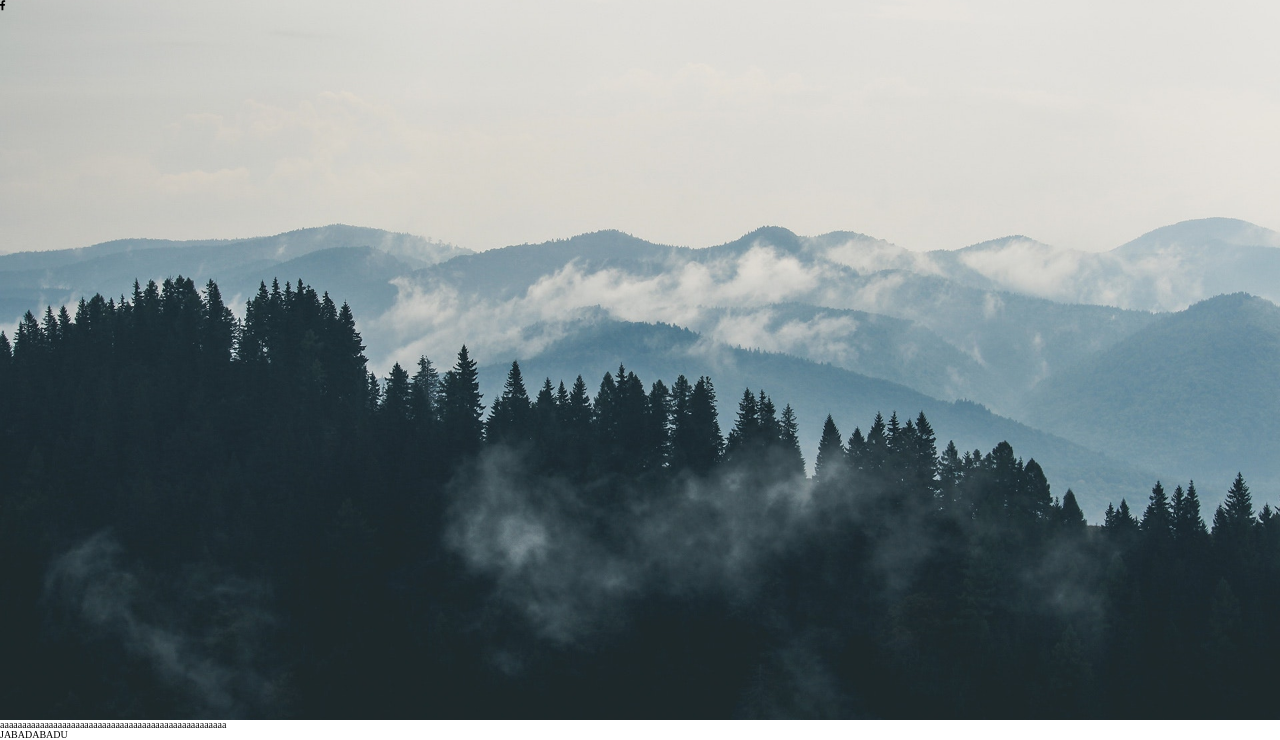
Repository: Maxs777/wizytowka
Page: index.html
These files come from the project's save history. The page is drawn as it stood at one moment and after the next save; the edit follows.
The browser window is 1280 px wide. The pictures show the whole page.

Above is the page before, as saved 2019-03-06 20:53:10.

After the next save:
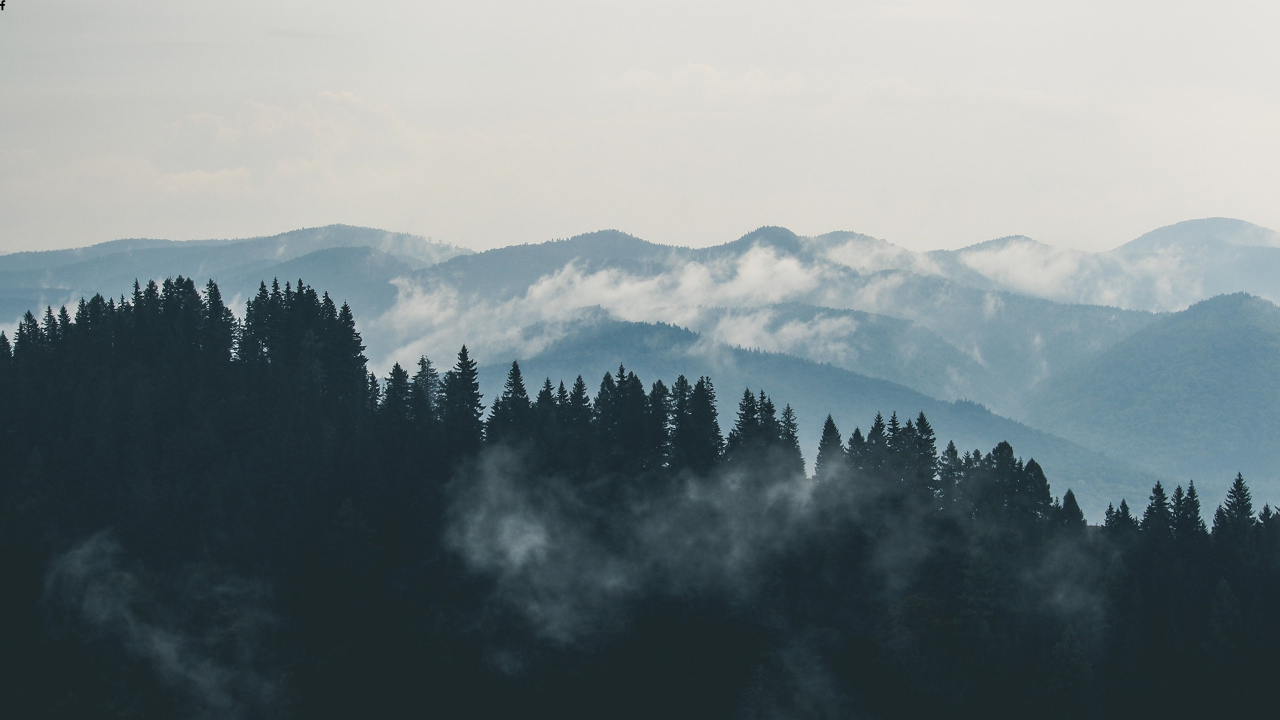
Saved 37 min 0 s later.
--- a/index.html
+++ b/index.html
@@ -18,10 +18,8 @@
 <i class="fab fa-facebook-f"></i>
         </header>
         <nav>
-aaaaaaaaaaaaaaaaaaaaaaaaaaaaaaaaaaaaaaaaaaaaaaaaaaa
         </nav>
         <main>
-<h1>JABADABADU</h1>
         </main>
         <footer>
 
